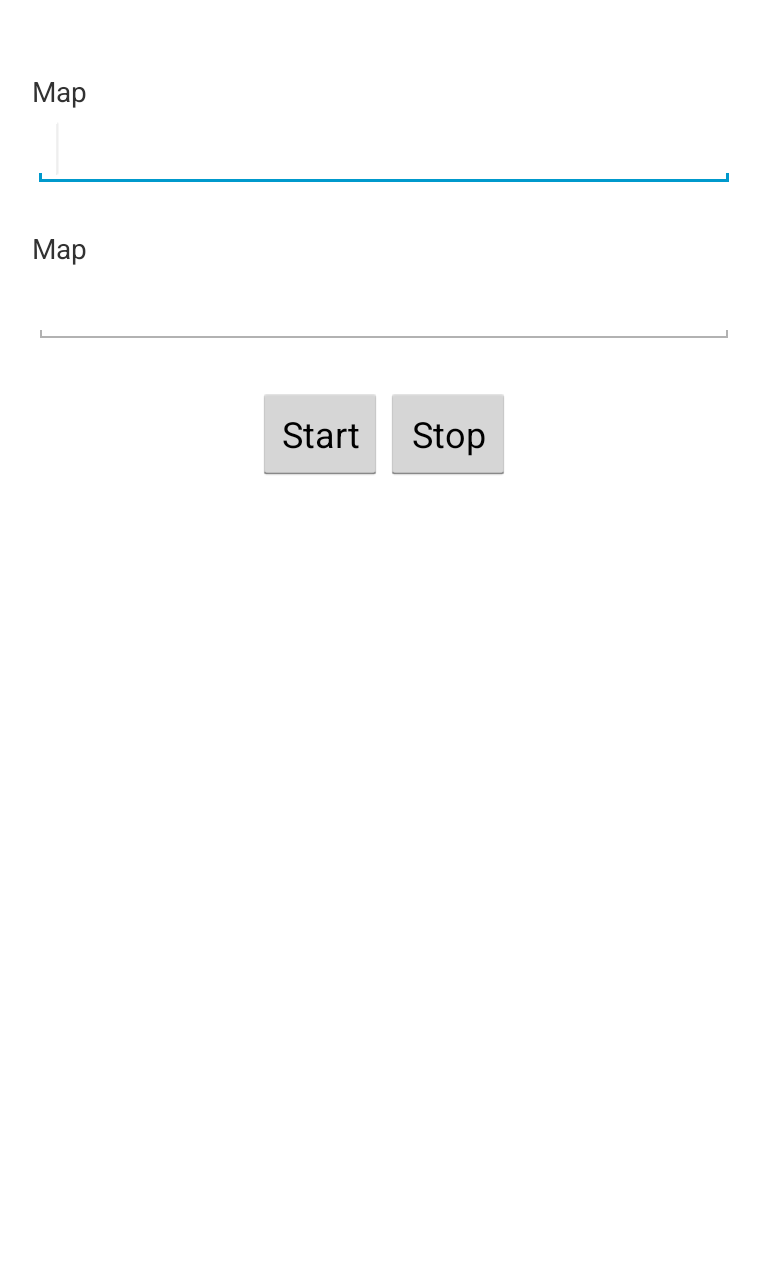
Repository: choll03/mobile_programming
Layout: Gps/res/layout/activity_main.xml
These files come from the project's save history. The layout is drawn as it stood at one moment and after the next save; the edit follows.
It is drawn on a 768 x 1280 px phone screen (xhdpi) without system bars, with theme AppTheme; the app's code is not run.

Above is the layout before, as saved 2019-05-01 10:26:09.

After the next save:
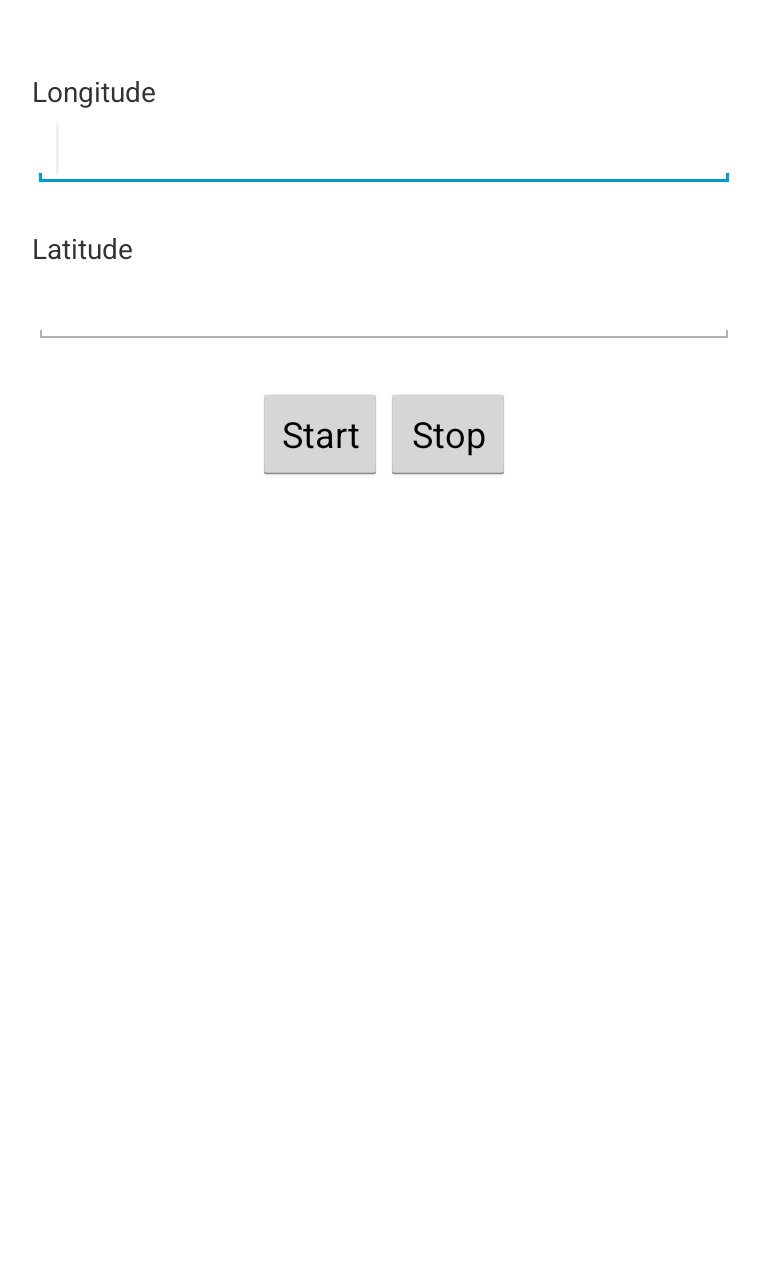
Saved 74 s later.
--- a/Gps/res/layout/activity_main.xml
+++ b/Gps/res/layout/activity_main.xml
@@ -22,7 +22,7 @@
             android:layout_height="wrap_content"
             android:layout_alignParentLeft="true"
             android:layout_alignParentTop="true"
-            android:text="Map" />
+            android:text="Longitude" />
 
         <EditText
             android:id="@+id/longitudeEditText"
@@ -49,7 +49,7 @@
             android:layout_height="wrap_content"
             android:layout_alignParentLeft="true"
             android:layout_alignParentTop="true"
-            android:text="Map" />
+            android:text="Latitude" />
 
         <EditText
             android:id="@+id/latitudeEditText"
